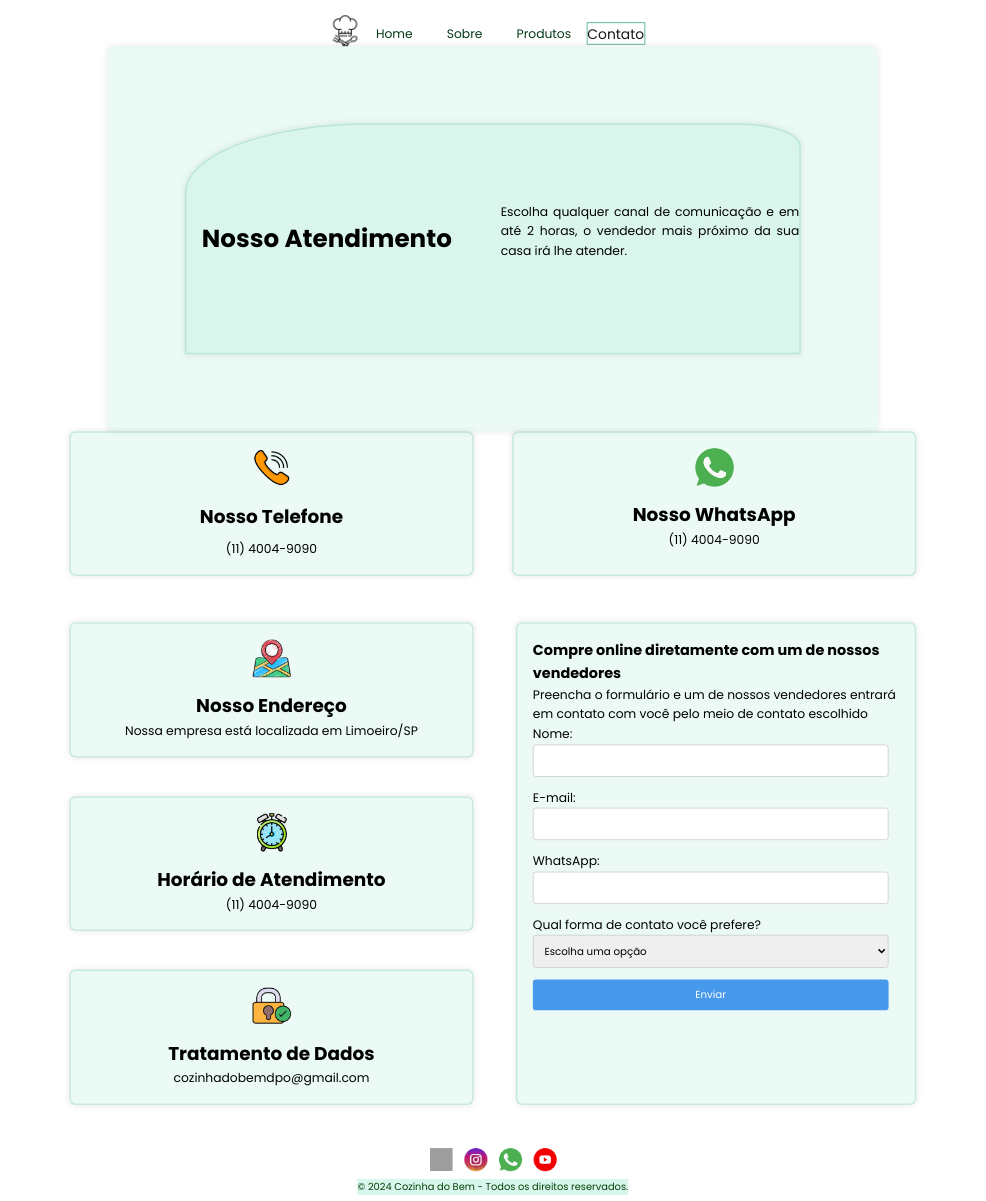
Repository: Thalia-Nataly/Cozinha-do-Bem-Proz
Page: contato.html
The author's editor kept a copy of each file at every save. The page is drawn from the files as they stood at one save, then again after a run of saves.
The browser window is 1280 px wide. The pictures show the whole page, at 77% of full size.
Pictures or frames that could not be fetched are drawn as grey boxes.

Above is the page before, as saved 2024-08-25 19:30:28.

After the next 2 saves:
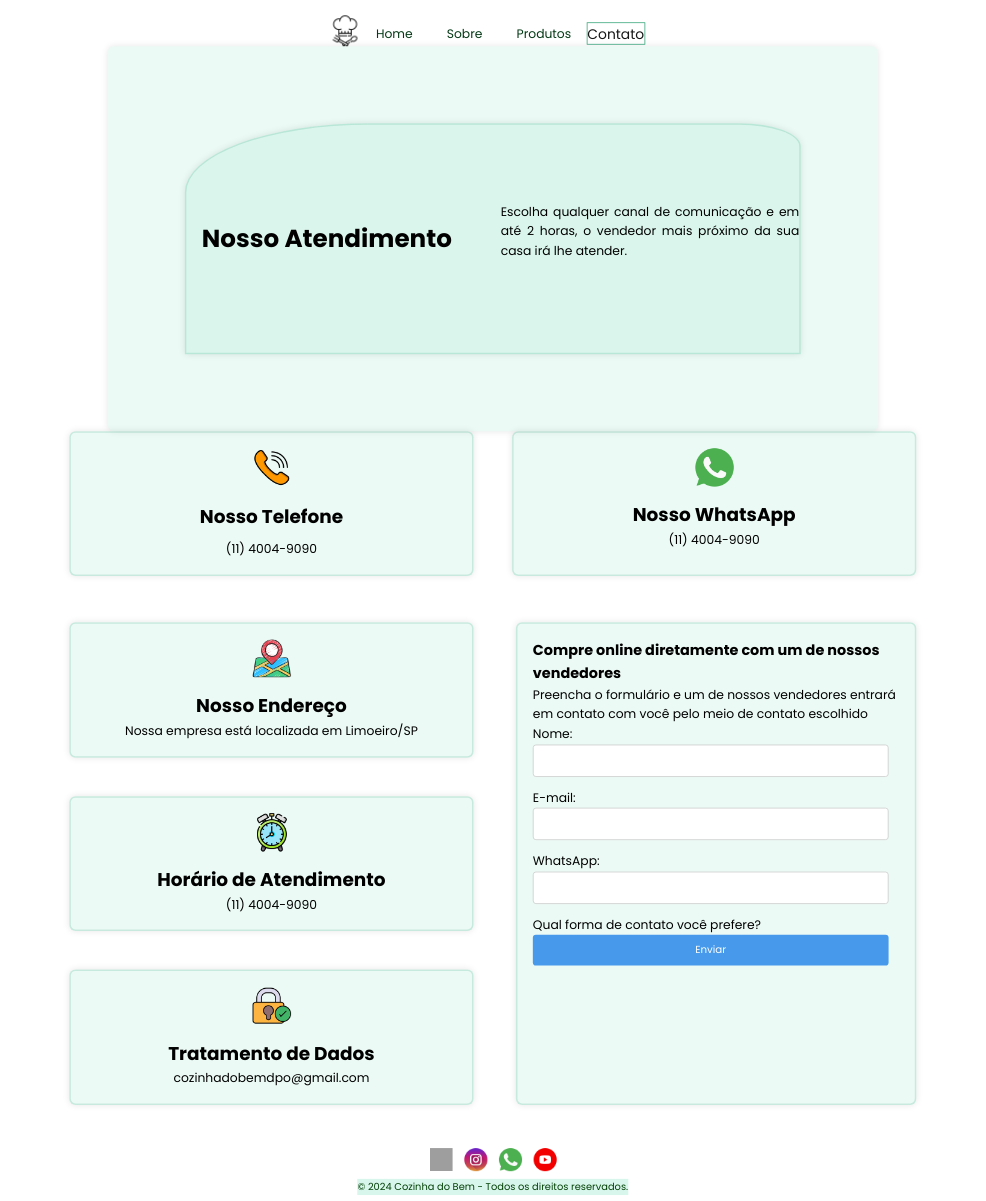
The 2 saves are shown as one change because they came seconds apart.
The last was saved 34 s later.
--- a/contato.html
+++ b/contato.html
@@ -104,11 +104,6 @@
                         <label for="tel">WhatsApp: </label>
                         <input type="tel" name="tel" id="tel" required>
                         <label for="contact-preference">Qual forma de contato você prefere?</label>
-                        <select id="contact-preference" name="contact-preference" required>
-                            <option value="" disabled selected>Escolha uma opção</option> <!-- Opção vazia que obrigará o usuário a escolher uma das opções abaixo -->
-                            <option value="call">Ligação</option>
-                            <option value="whatsapp">Mensagem no WhatsApp</option>
-                        </select>
 
                         <button type="submit">Enviar</button>
 
